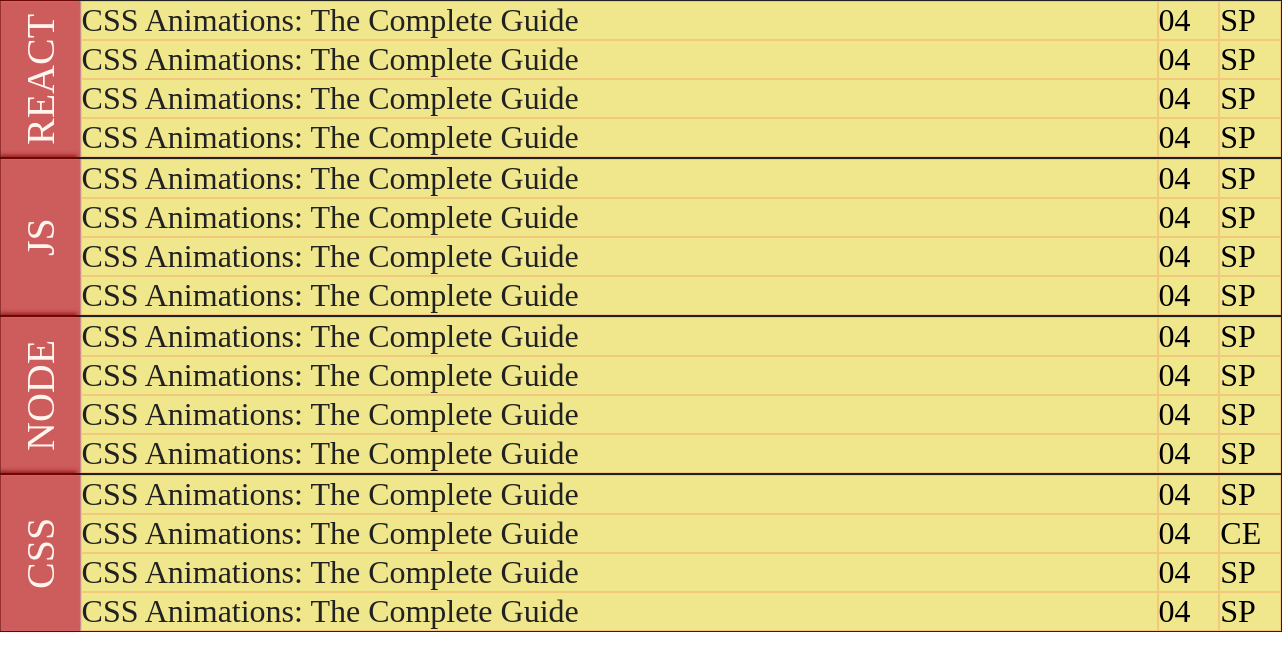
Repository: ClementLight/plan
Page: codicrs.html
An editor plug-in stored every save of this project. The page is shown before and after the next save, followed by the edit.
The browser window is 1280 px wide. The page is 1282 px wide, so the pictures cover 1282 px, including what lies to the right of the window. The pictures show the whole page.

Above is the page before, as saved 2020-08-21 14:23:59.

After the next save:
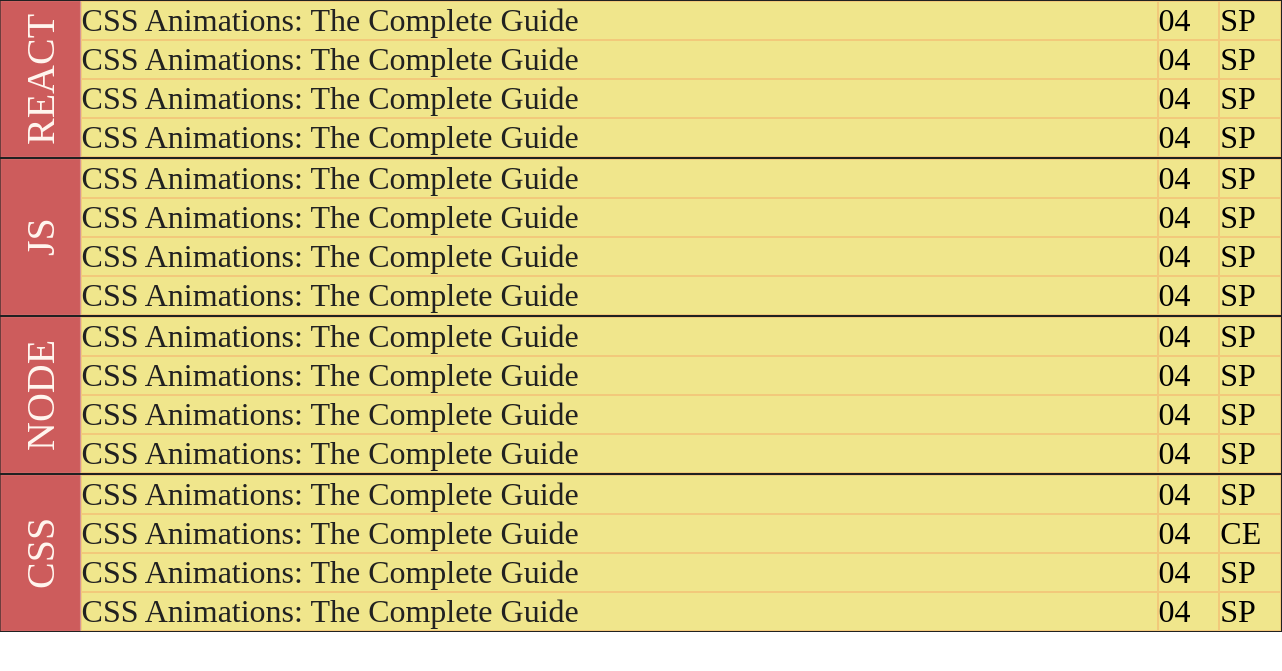
Saved 60 s later.
--- a/codicrs.html
+++ b/codicrs.html
@@ -33,7 +33,6 @@
         padding: 1vh;
         align-items: center;
         justify-content: center;
-        box-shadow: 3px 3px 5px maroon;
       }
 
       .lessons {
